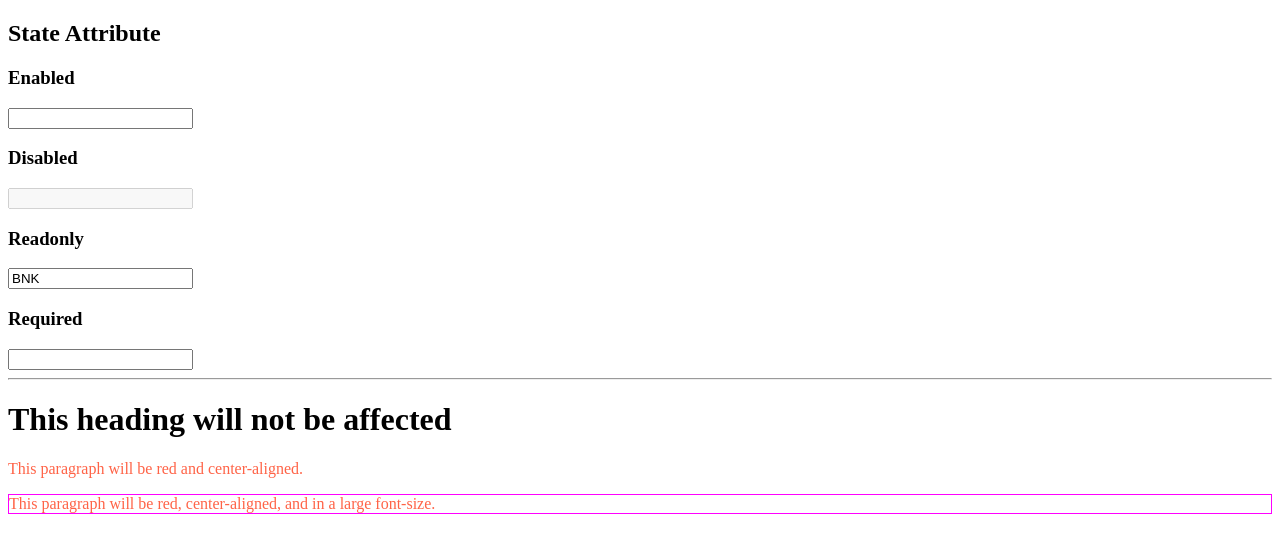
Repository: skybluelion/KB
Page: KB/work05_front/front02_css3/src/main/webapp/css03_state.html
These files come from the project's save history. The page is drawn as it stood at one moment and after the next save; the edit follows.
The browser window is 1280 px wide. The pictures show the whole page.

Above is the page before, as saved 2023-04-10 01:16:49.

### KB/work05_front/front02_css3/src/main/webapp/css03_state.html
<!DOCTYPE html>
<html>
<head>
<meta charset="UTF-8">
 <meta name="viewport" content="width=device-width, initial-scale=1.0">
<title>Insert title here</title>
<style>
	p{
		color:tomato;
	}
	p.large{
		border:1px solid magenta;
	}
</style>
</head>
<body>
<!--
block tag
inline tag
 -->
<h2>State Attribute</h2>
<form action="#">
	<h3>Enabled</h3>
	<input />

	<h3>Disabled</h3>
	<input disabled="disabled"/>

	<h3>Readonly</h3>
	<input readonly="readonly" value="BNK"/>

	<h3>Required</h3>
	<input required="required"/>
</form>
<hr>
<h1 class="center">This heading will not be affected</h1>
<p class="center">This paragraph will be red and center-aligned.</p>
<p class="center large">This paragraph will be red, center-aligned, and in a large font-size.</p>
</body>
</html>

After the next save:
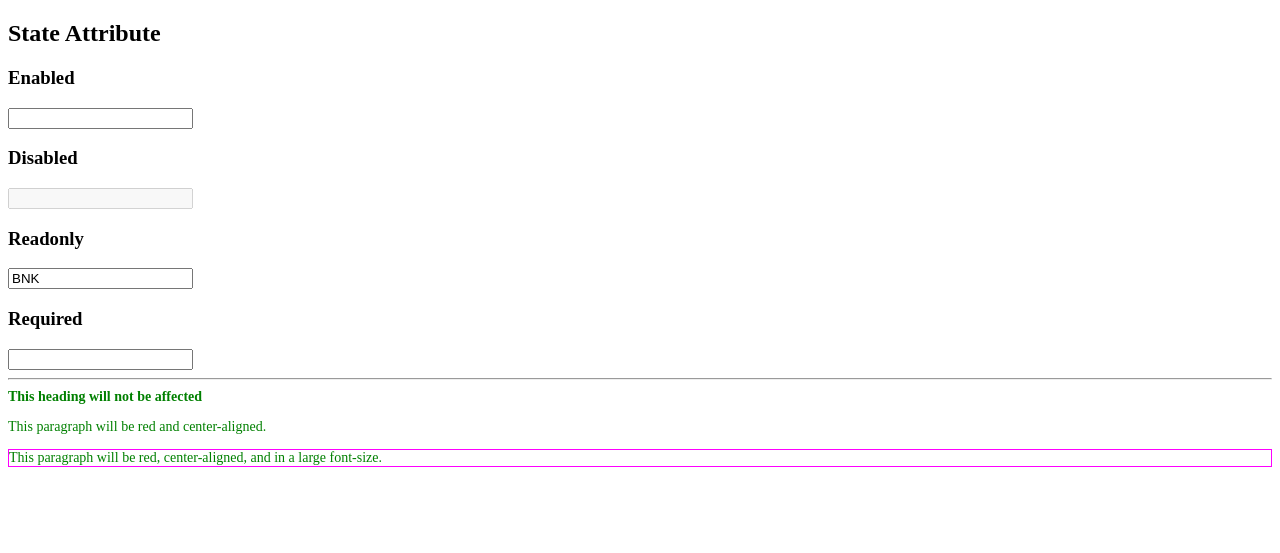
Saved 3 min 4 s later.
--- a/KB/work05_front/front02_css3/src/main/webapp/css03_state.html
+++ b/KB/work05_front/front02_css3/src/main/webapp/css03_state.html
@@ -5,6 +5,11 @@
  <meta name="viewport" content="width=device-width, initial-scale=1.0">
 <title>Insert title here</title>
 <style>
+	.center{
+		color:green;
+		font-size:14px;
+	}
+
 	p{
 		color:tomato;
 	}
